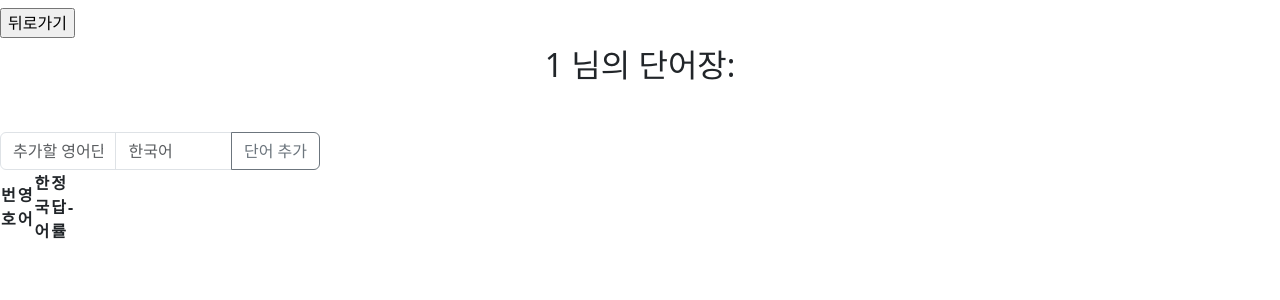
Repository: kokoko12334/myvocab-toy
Page: http://localhost/myVocabularyList/detail
An editor plug-in stored every save of this project. The page is shown before and after the next save, followed by the edit.
The browser window is 1280 px wide. The pictures show the whole page.
The page is served by Tomcat 9. The session is filled in as if someone had signed in: {"id": 1, "pwd": 1, "list": 1}. Queries for data that is not in the repository find no rows.

Above is the page before, as saved 2023-04-07 12:49:26.

After the next save:
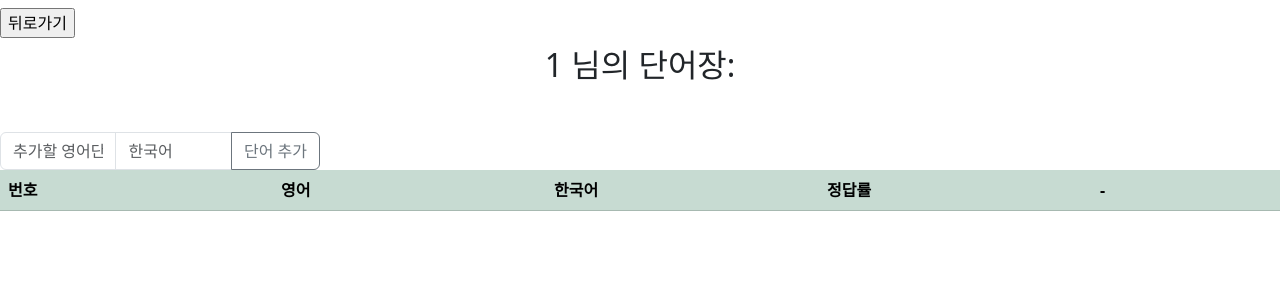
Saved 5 s later.
--- a/myVocabularyList/src/main/webapp/WEB-INF/views/myvocabulary/detail.jsp
+++ b/myVocabularyList/src/main/webapp/WEB-INF/views/myvocabulary/detail.jsp
@@ -32,7 +32,7 @@
 		</div>
 	</form>
 
-	<table class=class="table table-success table-striped">
+	<table class="table table-success table-striped">
 		<colgroup>
             <col width=1px>
             <col width=1px>
